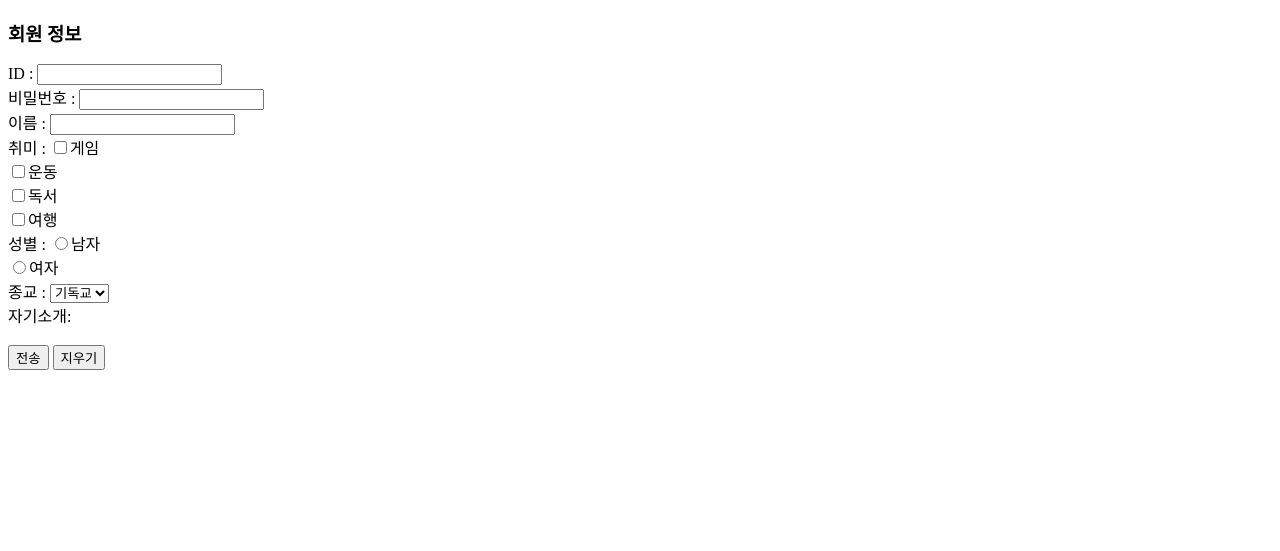
Repository: wo2jin/Sever
Page: Sever/Testweb10/WebContent/WEB-INF/member.html
These files come from the project's save history. The page is drawn as it stood at one moment and after the next save; the edit follows.
The browser window is 1280 px wide. The pictures show the whole page.

Above is the page before, as saved 2020-05-14 07:36:11.

After the next save:
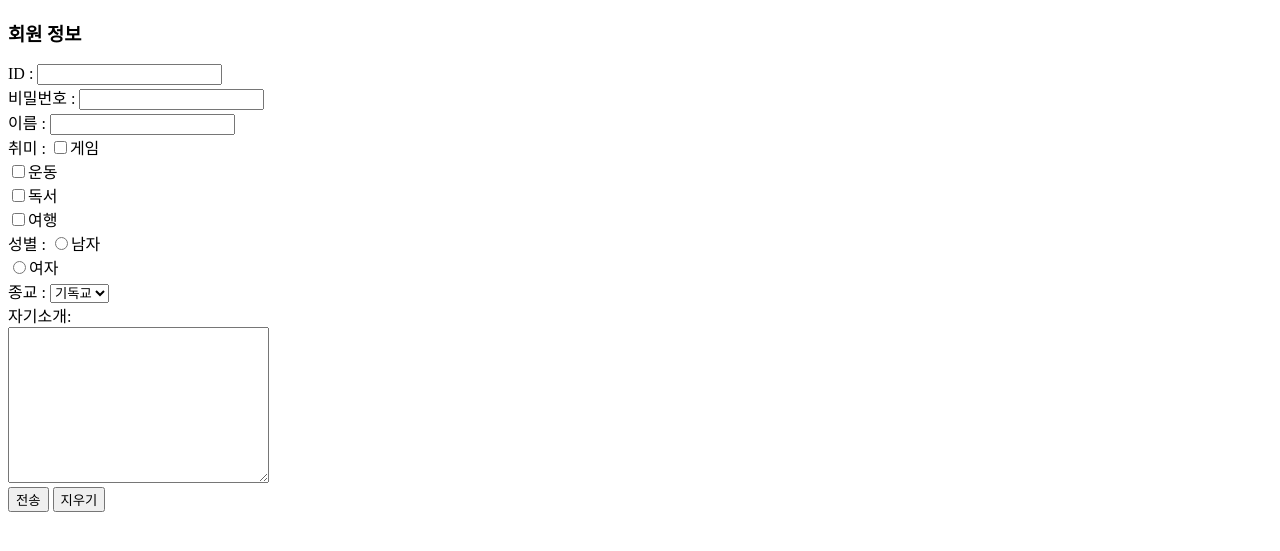
Saved 3 min 56 s later.
--- a/Sever/Testweb10/WebContent/WEB-INF/member.html
+++ b/Sever/Testweb10/WebContent/WEB-INF/member.html
@@ -11,22 +11,22 @@
 		비밀번호 : <input type = "password" name = "userPwd"><br>
 		이름 : <input type ="text" name ="name"><br>
 		취미 :
-		<input type="checkbox" name="hobby" value ="game">게임<br>
-		<input type="checkbox" name="hobby" value ="sports">운동<br>
-		<input type="checkbox" name="hobby" value ="reading">독서<br>
-		<input type="checkbox" name="hobby" value ="trip">여행<br>
+			<input type="checkbox" name="hobby" value ="game">게임<br>
+			<input type="checkbox" name="hobby" value ="sports">운동<br>
+			<input type="checkbox" name="hobby" value ="reading">독서<br>
+			<input type="checkbox" name="hobby" value ="trip">여행<br>
 		성별 :
-		<input type="radio" name="gender" value="male">남자<br>
-		<input type="radio" name="gender" value="female">여자<br>
+			<input type="radio" name="gender" value="male">남자<br>
+			<input type="radio" name="gender" value="female">여자<br>
 		종교 :
-		<select name="religion">
-			<option value ="Chrisitianty">기독교
-			<option value ="Buddhism">기독교
-			<option value ="Catholicism">기독교
-			<option value ="atheism">기독교
-		</select><br>
+			<select name="religion">
+				<option value ="Chrisitianty">기독교
+				<option value ="Buddhism">기독교
+				<option value ="Catholicism">기독교
+				<option value ="atheism">기독교
+			</select><br>
 		자기소개:<br>
-		<textate cols = "30"  rows="10" name="introduction"></textate><br>
+			<textarea cols="30" rows="10" name="introduction"></textarea><br>
 
 		<input type="submit" value= "전송">
 		<input type ="reset"  value = "지우기">
